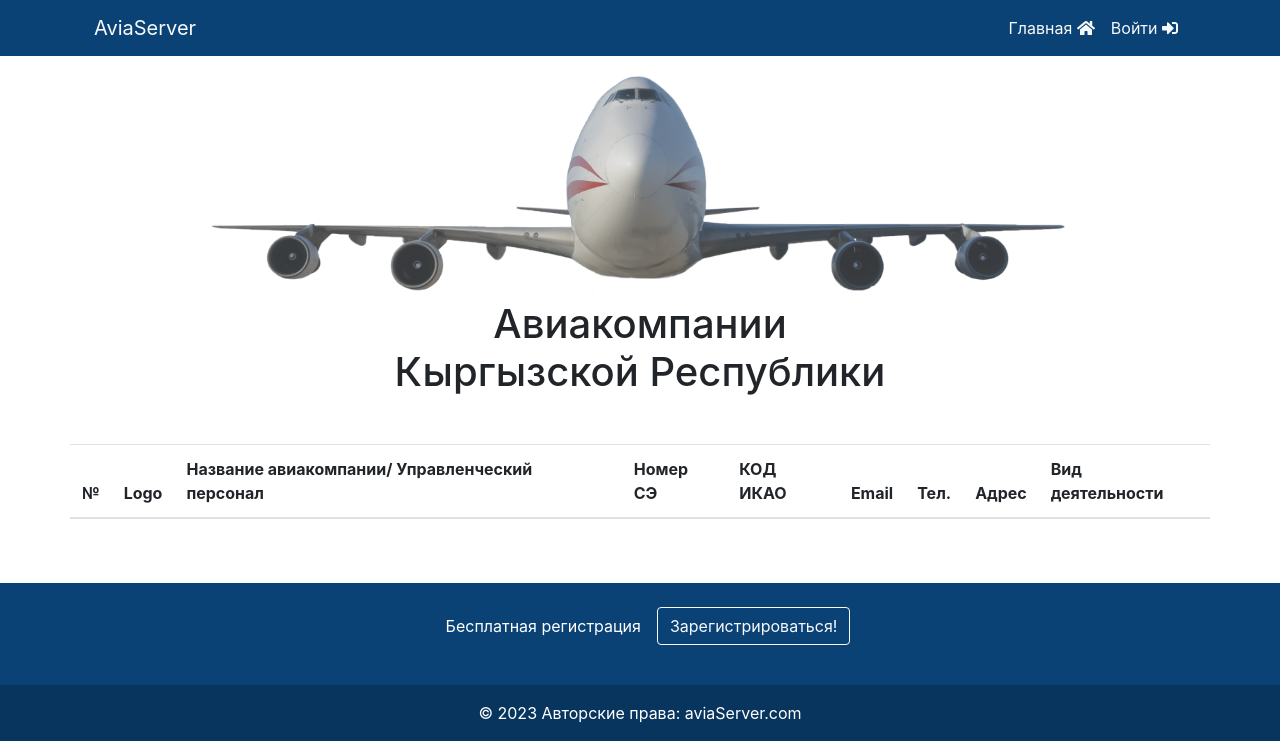
Repository: sulimonn/aviaServer
Page: products/templates/products/index.html
These files come from the project's save history. The page is drawn as it stood at one moment and after the next save; the edit follows.
The browser window is 1280 px wide. The pictures show the whole page.
Some web libraries are served in a nearby version. The template is drawn by Django 4.2. The application's start-up code is not run. Other server files are loaded and not shown. The template is opened directly, without the code that normally fills it, so the values that code supplies are empty.

Above is the page before, as saved 2023-08-14 20:29:06.

### products/templates/products/index.html
{% extends 'products/base.html' %}
{% load static %}
{% block css %}
    <link href="{% static 'css/index.css' %}" rel="stylesheet"/>
{% endblock %}

{% block content  %}
<br><br>

<div class="d-flex">
    <img class="m-auto" width="900px" src="/media/img/carusel.png">
</div>
<div class="d-flex">
    <h1 align="center" class="m-auto pb-5">Авиакомпании <br> Кыргызской Республики</h1>
</div>
<table class="table container-xl">
  <thead>
    <tr>
      <th scope="col">№</th>
      <th scope="col">Logo</th>
      <th scope="col">Название авиакомпании/
Управленческий  персонал</th>
      <th scope="col">Номер СЭ</th>
      <th scope="col">КОД ИКАО</th>
      <th scope="col">Email</th>
      <th scope="col">Тел.</th>
      <th scope="col">Адрес</th>
      <th scope="col">Вид деятельности</th>
    </tr>
  </thead>
    {% for company in companies %}


  <tbody>
    <tr>
      <th scope="row">{{ company.id }}</th>
      <td><img class="card-img-top" src="/media/{{ company.image }}" ></td>
      <td>{{ company.name }}</td>
      <td>{{ company.number }}</td>
      <td>{{ company.code }}</td>
      <td>{{ company.email }}</td>
      <td>{{ company.phone1 }} {{ company.phone2 }}</td>
      <td>{{ company.address }}</td>
      <td>{{ company.kind_of_activity }}</td>
    </tr>

  </tbody>
    {% endfor %}
</table>


{% endblock %}

### products/templates/products/base.html
{% load static %}
<!DOCTYPE html>
<html lang="en">

<head>

    <meta charset="utf-8">
    <meta name="viewport" content="width=device-width, initial-scale=1, shrink-to-fit=no">
    <meta name="description" content="">
    <meta name="author" content="">

    <title>{{ title | title }}</title>

    <!-- Bootstrap core CSS -->
    <link href="{% static 'vendor/bootstrap/css/bootstrap.min.css' %}" rel="stylesheet">
    <link href="{% static 'css/auth.css' %}" rel="stylesheet"/>

    <script src="https://cdnjs.cloudflare.com/ajax/libs/font-awesome/5.15.1/js/all.min.js"
            crossorigin="anonymous"></script>
    <!-- Custom styles for this template -->
</head>

<body>

<!-- Navigation -->
<nav class="navbar navbar-expand-lg fixed-top" style="background-color: #0a4275;">
    <div class="container text-light">
        <a class="navbar-brand text-light" href="index.html">AviaServer</a>
        <button class="navbar-toggler" type="button" data-toggle="collapse" data-target="#navbarResponsive"
                aria-controls="navbarResponsive" aria-expanded="false" aria-label="Toggle navigation">
            <span class="navbar-toggler-icon"></span>
        </button>
        <div class="collapse navbar-collapse" id="navbarResponsive">
            <ul class="navbar-nav ml-auto">
                <li class="nav-item">
                    <a class="nav-link text-light" href="#">Главная <i class="fas fa-home"></i> </a>
                </li>
                {% if user.is_authenticated %}
                <li class="nav-item">
                    <a class="nav-link text-light" href="{% url 'users:profile' %}">{{ user.username }} <i class="fas fa-user-circle"></i>
                    </a>
                </li>
               <li class="nav-item">
                    <a class="nav-link text-light" href="{% url 'users:logout' %}">Выйти <i class="fas fa-sign-out-alt"></i></a>
                </li>

                {% else %}
                <li class="nav-item">
                    <a class="nav-link text-light" href="{% url 'users:login' %}">Войти <i class="fas fa-sign-in-alt"></i></a>
                </li>


                {% endif %}


            </ul>
        </div>
    </div>
</nav>
{% block content  %}
{% endblock %}
<br>
<br>
<!--footer-->
<section class="">
  <!-- Footer -->
  <footer class="text-center text-white" style="background-color: #0a4275;">
    <!-- Grid container -->
    <div class="container p-4 pb-0">
      <!-- Section: CTA -->
      <section class="">
        <p class="d-flex justify-content-center align-items-center">
          <span class="mx-3">Бесплатная регистрация</span>
          <a href="{% url 'users:register' %}" type="button" class="btn btn-outline-light btn-rounded">
            Зарегистрироваться!
          </a>
        </p>
      </section>
      <!-- Section: CTA -->
    </div>
    <!-- Grid container -->

    <!-- Copyright -->
    <div class="text-center p-3" style="background-color: rgba(0, 0, 0, 0.2);">
      © 2023 Авторские права:
      <a class="text-white" href="https://mdbootstrap.com/">aviaServer.com</a>
    </div>
    <!-- Copyright -->
  </footer>
  <!-- Footer -->
</section>


<!-- Bootstrap core JavaScript -->
<script src="{% static 'vendor/jquery/jquery.min.js' %}"></script>
<script src="{% static 'vendor/bootstrap/js/bootstrap.bundle.min.js' %}"></script>

<!-- FontAwesome script -->
<script src="{% static 'vendor/fontawesome/fontawesome-icons.js' %}" crossorigin="anonymous"></script>

</body>

</html>

Loaded but not shown: static/css/auth.css (library)

After the next save:
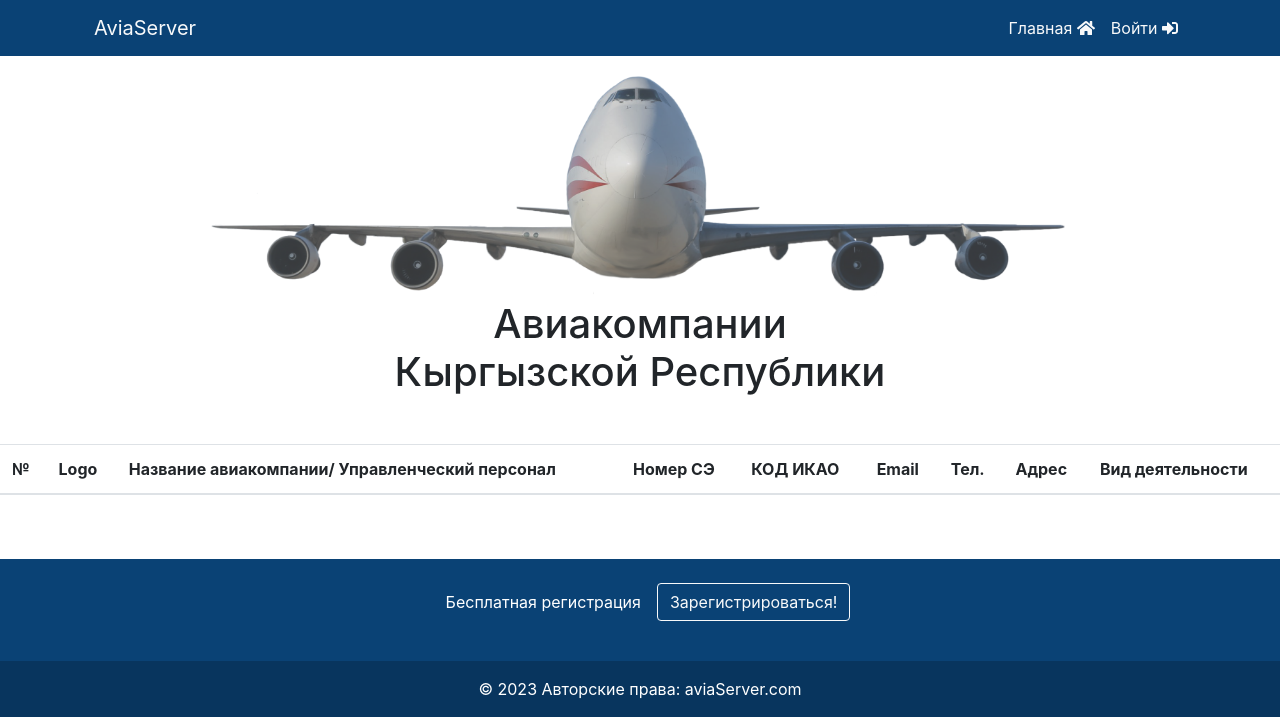
Saved 35 s later.
--- a/products/templates/products/index.html
+++ b/products/templates/products/index.html
@@ -13,7 +13,7 @@
 <div class="d-flex">
     <h1 align="center" class="m-auto pb-5">Авиакомпании <br> Кыргызской Республики</h1>
 </div>
-<table class="table container-xl">
+<table class="table px-5">
   <thead>
     <tr>
       <th scope="col">№</th>
